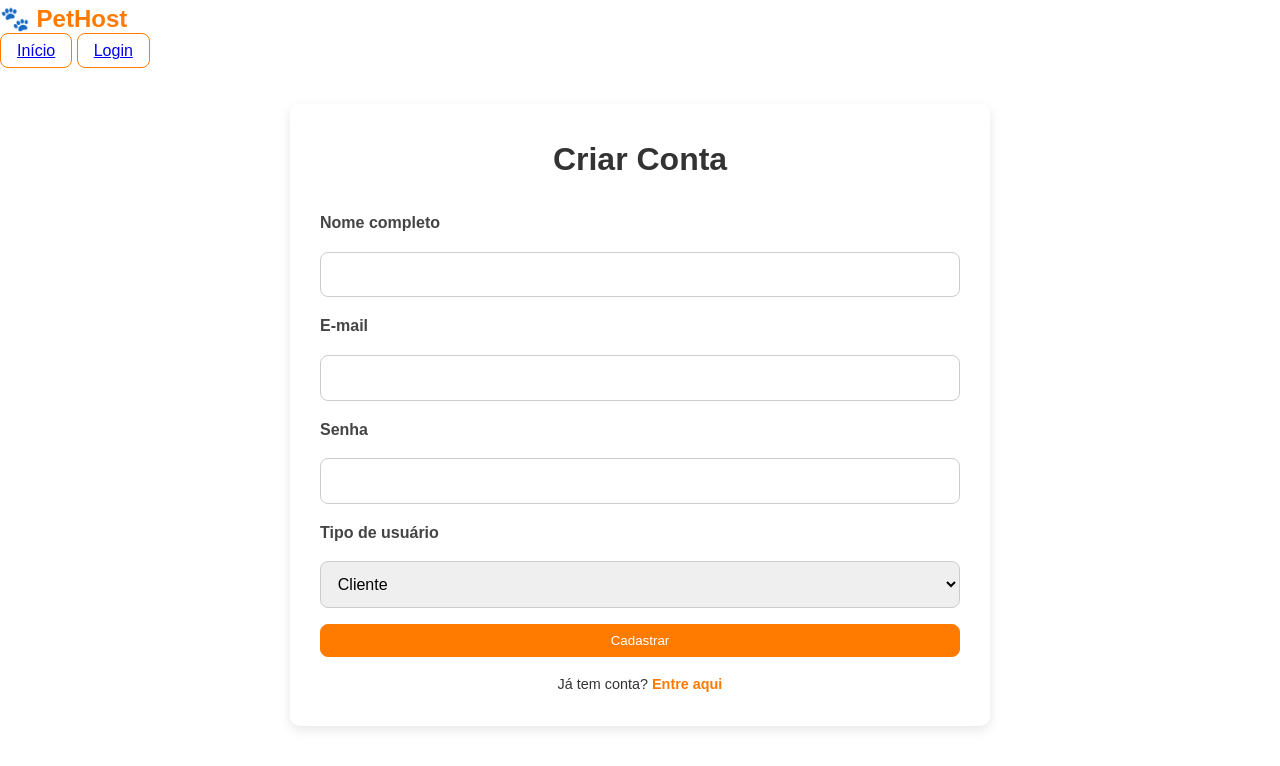
Repository: Vinicius9922/PetHost
Page: cadastro.html
The author's editor kept a copy of each file at every save. The page is drawn from the files as they stood at one save, then again after the next save.
The browser window is 1280 px wide. The pictures show the whole page.

Above is the page before, as saved 2025-09-09 15:32:31.

### cadastro.html
<!DOCTYPE html>
<html lang="pt-br">
<head>
  <meta charset="UTF-8">
  <meta name="viewport" content="width=device-width, initial-scale=1.0">
  <title>Cadastro - PetHost</title>
  <link rel="stylesheet" href="css/style.css">
</head>
<body>
  <!-- Header -->
  <header>
    <div class="logo">🐾 PetHost</div>
    <nav>
      <a href="index.html" class="btn">Início</a>
      <a href="login.html" class="btn btn-secondary">Login</a>
    </nav>
  </header>

  <!-- Cadastro Section -->
  <main class="form-container">
    <h1>Criar Conta</h1>
    <form action="#" method="post">
      <label for="nome">Nome completo</label>
      <input type="text" id="nome" name="nome" required>

      <label for="email">E-mail</label>
      <input type="email" id="email" name="email" required>

      <label for="senha">Senha</label>
      <input type="password" id="senha" name="senha" required>

      <label for="tipo">Tipo de usuário</label>
      <select id="tipo" name="tipo" required>
        <option value="cliente">Cliente</option>
        <option value="host">Host (Daycare)</option>
      </select>

      <button type="submit" class="btn btn-primary">Cadastrar</button>
    </form>

    <p class="extra-link">
      Já tem conta? <a href="login.html">Entre aqui</a>
    </p>
  </main>
</body>
</html>

### css/style.css
/* ===============================LAYOUT GLOBAL================================== */
* {
  margin: 0;
  padding: 0;
  box-sizing: border-box;
}

body {
  font-family: Arial, sans-serif;
  line-height: 1.6;
  color: #333;
}

/* HEADER */
.header {
  display: flex;
  justify-content: space-between;
  align-items: center;
  padding: 15px 40px;
  background: #fff;
  border-bottom: 1px solid #ddd;
  position: sticky;
  top: 0;
  z-index: 100;
}

.logo {
  font-size: 1.5rem;
  font-weight: bold;
  color: #ff7b00;
}

.nav {
  display: flex;
  align-items: center;
  gap: 15px;
}

.btn {
  padding: 8px 16px;
  border: 1px solid #ff7b00;
  border-radius: 8px;
  background: transparent;
  cursor: pointer;
  transition: all 0.3s;
}

.btn:hover {
  background: #ff7b00;
  color: #fff;
}

.btn-primary {
  background: #ff7b00;
  color: #fff;
}

.btn-primary:hover {
  background: #e86c00;
}

/* USER INFO */
.user-info {
  display: flex;
  align-items: center;
  gap: 8px;
}

.user-info img.avatar {
  border-radius: 50%;
}

.hidden {
  display: none;
}

/* HERO */
.hero {
  text-align: center;
  padding: 80px 20px;
  background: #fff8f0;
}

.hero h1 {
  font-size: 3rem;
  color: #333;
}

.slogan {
  margin: 15px 0;
  font-size: 1.2rem;
  color: #555;
}

.hero-buttons {
  margin-top: 20px;
  display: flex;
  gap: 15px;
  justify-content: center;
}

/* ABOUT */
.about {
  display: flex;
  justify-content: space-between;
  align-items: center;
  gap: 40px;
  padding: 60px 40px;
}

.about-text {
  flex: 1;
}

.about-image img {
  width: 100%;
  max-width: 400px;
  border-radius: 12px;
}

/* SERVICES */
.services {
  padding: 60px 40px;
  background: #f9f9f9;
}

.services h2 {
  text-align: center;
  margin-bottom: 40px;
  color: #333;
}

.services-grid {
  display: grid;
  grid-template-columns: repeat(auto-fit, minmax(220px, 1fr));
  gap: 20px;
}

.service-card {
  background: #fff;
  border-radius: 12px;
  padding: 20px;
  box-shadow: 0 2px 6px rgba(0,0,0,0.1);
  transition: transform 0.3s;
}

.service-card:hover {
  transform: translateY(-5px);
}

/* FOOTER */
.footer {
  padding: 20px;
  background: #333;
  color: #fff;
  text-align: center;
}

.footer .socials a {
  margin: 0 10px;
  font-size: 1.2rem;
  color: #ff7b00;
  text-decoration: none;
}


/* ===============================LOGIN E CADASTRO================================== */


/* Containers dos formulários */
.form-container {
  max-width: 400px;
  margin: 80px auto;
  padding: 2rem;
  background: #fff;
  border-radius: 16px;
  box-shadow: 0 4px 12px rgba(0,0,0,0.1);
  text-align: center;
}

.form-container h1 {
  margin-bottom: 1.5rem;
  color: #ff7a00; /* cor alaranjada padrão */
}

form {
  display: flex;
  flex-direction: column;
  gap: 1rem;
}

form label {
  text-align: left;
  font-weight: 600;
  color: #444;
}

form input, form select {
  padding: 0.8rem;
  border: 1px solid #ccc;
  border-radius: 8px;
  font-size: 1rem;
}

form input:focus, form select:focus {
  border-color: #ff7a00;
  outline: none;
}

.extra-link {
  margin-top: 1rem;
  font-size: 0.9rem;
}
.extra-link a {
  color: #ff7a00;
  text-decoration: none;
  font-weight: 600;
}
.extra-link a:hover {
  text-decoration: underline;
}


/* ===============================DAYCARES================================== */


/* Hero menor para páginas internas */
.hero.small {
  padding: 60px 20px;
  text-align: center;
  background: #ffe4cc;
}

.hero.small h1 {
  font-size: 2rem;
  margin-bottom: 10px;
}

.hero.small p {
  font-size: 1.2rem;
  color: #555;
}

/* Grid de Cards */
.grid-cards {
  display: grid;
  grid-template-columns: repeat(auto-fit, minmax(280px, 1fr));
  gap: 20px;
  margin: 40px 0;
}

.card {
  background: #fff;
  border-radius: 12px;
  overflow: hidden;
  box-shadow: 0 4px 10px rgba(0,0,0,0.1);
  display: flex;
  flex-direction: column;
  transition: transform 0.2s;
}

.card:hover {
  transform: translateY(-5px);
}

.card img {
  width: 100%;
  height: 180px;
  object-fit: cover;
}

.card-body {
  padding: 15px;
  flex: 1;
  display: flex;
  flex-direction: column;
  justify-content: space-between;
}

.card-body h3 {
  margin-bottom: 8px;
  font-size: 1.2rem;
}

.card-body p {
  color: #555;
  margin: 3px 0;
}

.price {
  font-weight: bold;
  color: #ff6600;
  margin-top: 5px;
}

.card-body .btn-primary {
  margin-top: 10px;
  text-align: center;
}


/* ===============================DETALHES================================== */


/* Banner */
.daycare-banner img {
  width: 100%;
  height: auto;
  border-radius: 8px;
  margin-bottom: 20px;
}

/* Conteúdo */
.daycare-details {
  max-width: 900px;
  margin: 0 auto;
  padding: 20px;
}

.daycare-details h1 {
  font-size: 2rem;
  margin-bottom: 10px;
}

.daycare-details .location {
  font-size: 1rem;
  color: #666;
  margin-bottom: 20px;
}

.daycare-details .description {
  font-size: 1.1rem;
  line-height: 1.6;
  margin-bottom: 30px;
}

.services {
  list-style: none;
  padding: 0;
  margin-bottom: 30px;
}

.services li {
  background: #fff3e6;
  padding: 10px;
  margin: 5px 0;
  border-radius: 6px;
}

.reviews {
  background: #f9f9f9;
  padding: 15px;
  border-left: 4px solid #ff7f50;
  margin-bottom: 30px;
  border-radius: 6px;
}

.actions {
  text-align: center;
}

/* ===============================CADASSTRO IMOVEL================================== */
.form-container {
  max-width: 700px;
  margin: 40px auto;
  background: #fff;
  padding: 30px;
  border-radius: 10px;
  box-shadow: 0 4px 12px rgba(0,0,0,0.1);
}

.form-container h1 {
  text-align: center;
  margin-bottom: 25px;
  color: #333;
}

.form label {
  display: block;
  margin-bottom: 8px;
  font-weight: 600;
}

.form input,
.form textarea,
.form select {
  width: 100%;
  padding: 12px;
  margin-bottom: 20px;
  border: 1px solid #ccc;
  border-radius: 6px;
  font-size: 1rem;
}

.form textarea {
  resize: vertical;
}

.checkbox-group {
  display: flex;
  flex-wrap: wrap;
  gap: 15px;
  margin-bottom: 20px;
}

.checkbox-group label {
  font-weight: normal;
}

After the next save:
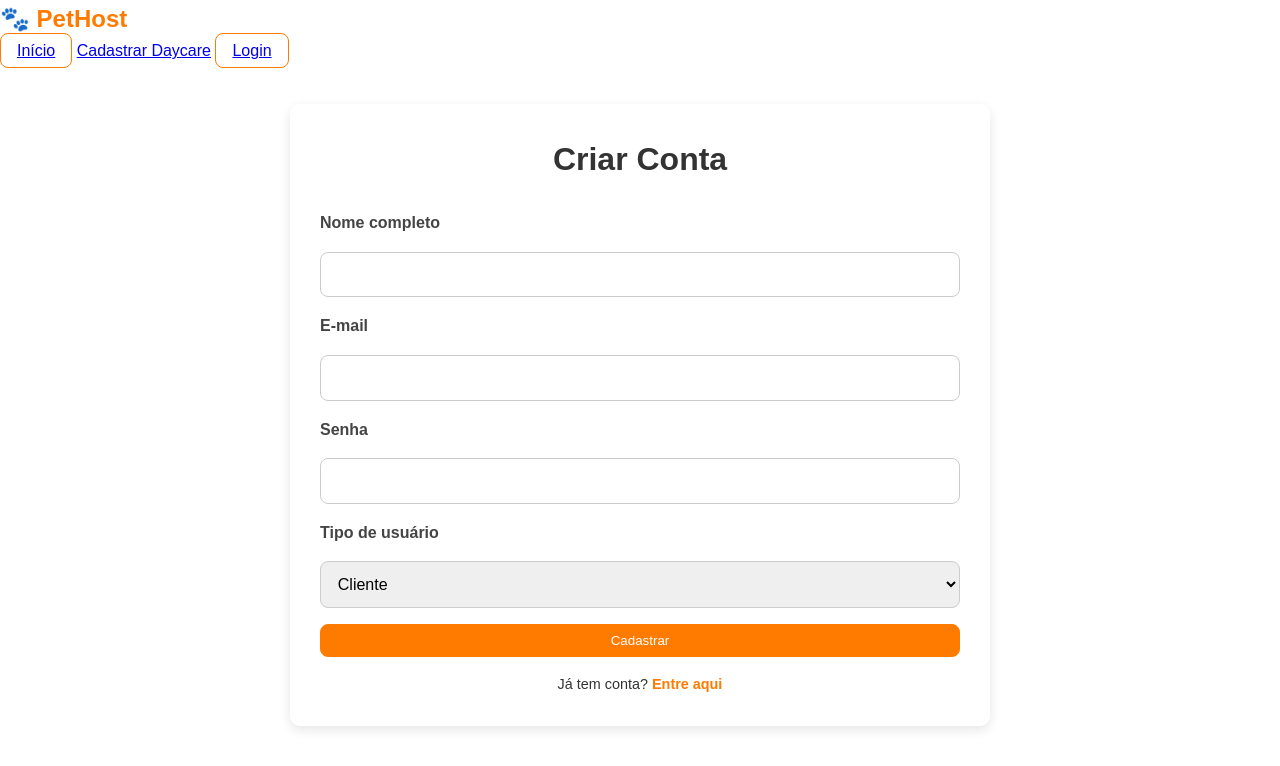
Saved 2 min 28 s later.
--- a/cadastro.html
+++ b/cadastro.html
@@ -12,6 +12,7 @@
     <div class="logo">🐾 PetHost</div>
     <nav>
       <a href="index.html" class="btn">Início</a>
+      <a href="cadastro-imovel.html">Cadastrar Daycare</a>
       <a href="login.html" class="btn btn-secondary">Login</a>
     </nav>
   </header>

After the 4 saves that followed:
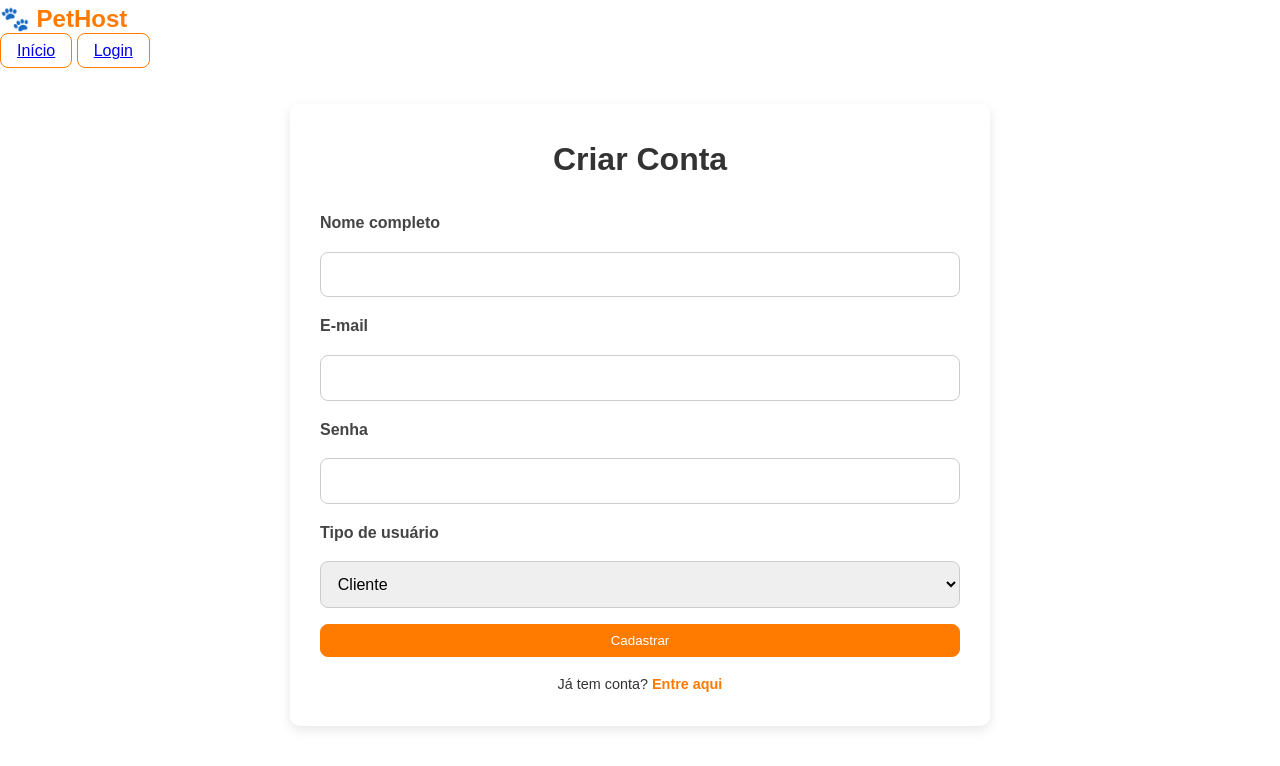
The 4 saves are shown as one change because 3 left the picture as it was.
The last was saved 67 s later.
--- a/cadastro.html
+++ b/cadastro.html
@@ -12,7 +12,7 @@
     <div class="logo">🐾 PetHost</div>
     <nav>
       <a href="index.html" class="btn">Início</a>
-      <a href="cadastro-imovel.html">Cadastrar Daycare</a>
+
       <a href="login.html" class="btn btn-secondary">Login</a>
     </nav>
   </header>
--- a/css/style.css
+++ b/css/style.css
@@ -23,6 +23,23 @@ body {
   top: 0;
   z-index: 100;
 }
+
+.nav-links li {
+  display: inline-block;
+  margin: 0 15px;
+}
+
+.nav-links a {
+  text-decoration: none;
+  color: #333;
+  font-weight: 500;
+  transition: color 0.3s;
+}
+
+.nav-links a:hover {
+  color: #ff7f50;
+}
+
 
 .logo {
   font-size: 1.5rem;
